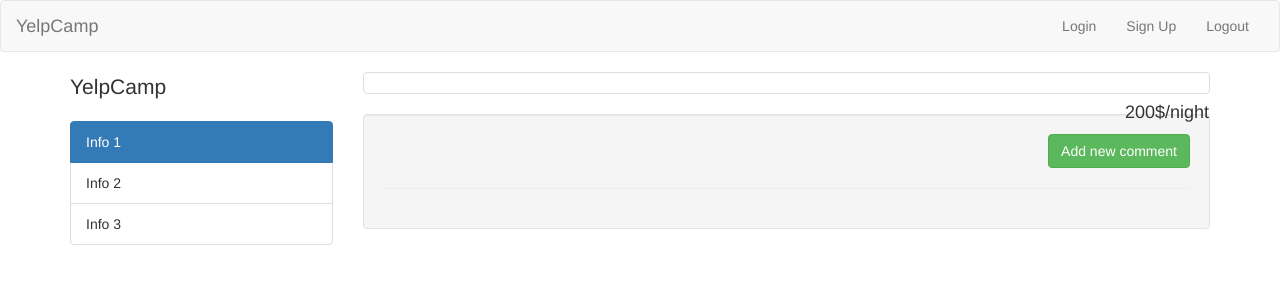
Repository: kristinamacekovic/webdevbootcamp2
Page: YelpCamp/v5/views/campgrounds/show.ejs
The author's editor kept a record of every edit. The page is drawn from the files as they stood at one moment, then again after the next edit.
The browser window is 1280 px wide. The pictures show the whole page.
The page is served by the project's Node server (YelpCamp/v5/app.js). The template is opened directly, without the code that normally fills it, so the values that code supplies are empty.

Above is the page before.

After the next edit:
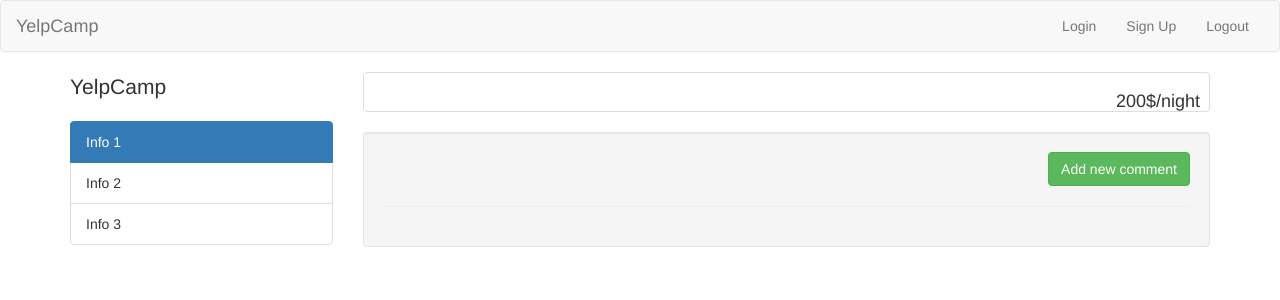
The edit:
--- a/YelpCamp/v5/views/campgrounds/show.ejs
+++ b/YelpCamp/v5/views/campgrounds/show.ejs
@@ -13,7 +13,7 @@
         <div class="col-md-9">
             <div class="thumbnail">
                 <img class="img-responsive" src="<%= campground.image %>"></img>
-                <div class="caption-full">
+                <div class="caption">
                     <h4 class="pull-right">200$/night</h4>
                     <h3><a><%= campground.name %></a></h3>
                     <p><%= campground.description %></p>
